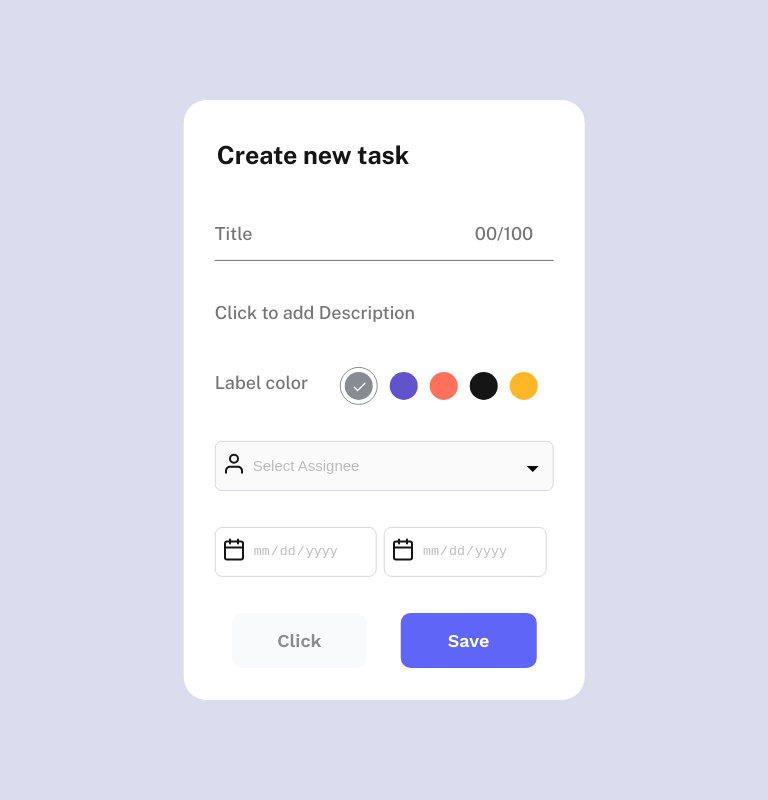
Repository: MorgunovaAlexandra/verstka-form
Page: index.html
The author's editor kept a copy of each file at every save. The page is drawn from the files as they stood at one save, then again after a run of saves.
The browser window is 768 px wide. The pictures show the whole page.
The style sheet was rebuilt from its Sass, Less or Tailwind sources for each picture, by a compiler version that may differ from the author's.

Above is the page before, as saved 2022-06-24 17:14:56.

### index.html
<!DOCTYPE html>
<html lang="ru">
<head>
    <meta charset="UTF-8">
    <meta http-equiv="X-UA-Compatible" content="IE=edge">
    <meta name="viewport" content="width=device-width, initial-scale=1.0">
    <link rel="stylesheet" href="./css/style.css">
    <title>Document</title>
</head>
<body>
    <div class="wrapper">
       <form class="form">

           <div class="fieldset">
            <legend><b>Create new task</b></legend>
            <div class="form__container __container">
            <div class="text-field">
                <input class="text-field__input" type="text" name="firstname" id="firstname" value=""
                >
                <label class="text-field__label" for="username">Title</label>
                <label class="text-field__label2" for="username">00/100</label>
              </div>
              <div class="form-field__text">Click to add Description</div>
              <div class="form-fied__color field-color">
                  <div class="field-color__text">Label color</div>
                  <div class="field-color__color circle">
                      <div class="circle__border">
                          <div class="circle__color grey">
                              <img class="circle__img" src="./img/done.svg">
                          </div>
                      </div>
                      <div class="circle__color purple"></div>
                      <div class="circle__color red"></div>
                      <div class="circle__color black"></div>
                      <div class="circle__color yellow"></div>
                  </div>
              </div>
              <div class="form-field__select">
                  <div class="select__arrow">
                    <select name="select-category" id="" class="select">
                        <option value="1">Select Assignee</option>
                        <option value="2">Select Assignee</option>
                        <option value="3">Select Assignee</option>
                      </select>
                  </div>
              </div>
              <div class="form-field__date">
                  <div class="data-form">
                    <input class="input" type="date"></input>
                  </div>
                  <div class="data-form">
                    <input class="input" type="date"></input>
                  </div>
              </div>
              <div class="form-field__sibmit submit">
                  <input class="submit__click" type="submit" value="Click">
                  <input class="submit__click save-blue" type="submit" value="Save">
              </div>

              <!-- <div class="form-field__date">
                <div class="form-group">
                    <div class="input-group" id="datetimepicker2">
                      <input type="text" class="form-control" />

                    </div>
                  </div>
              </div> -->
              </div>
           </div>
        </form>
    </div>

    <script src="./script.js"></script>
</body>
</html>

### script.js
 document.getElementById ('firstname').onkeydown=keyDown

function keyDown(){
    let str=document.getElementById ('firstname').value;

    console.log(str.length)
    document.querySelector('.text-field__label2').innerHTML=`${str.length}/100`
}

### scss/style.scss
@import "variables";
@import "mixins";
@import url('https://fonts.googleapis.com/css2?family=Public+Sans:wght@500;700&display=swap');
@import url('https://fonts.googleapis.com/css2?family=Work+Sans:wght@600&display=swap');
body {
   background-color: $ColorBody;
   font-family:$fontFamily ;
   font-weight: $fontWaight;
   line-height: $lineHeight;
   font-size: $fontSize;
   color:$ColorGrey;
}
.__container{
    padding-left: 31px;
    padding-right: 31px;
}
.form{
    width: 495.55px;
    height: 613.21px;
    background-color: white;
    border-radius: 23px;
     box-sizing: border-box;
    position: fixed; top: 50%; left: 50%;
    -webkit-transform: translate(-50%, -50%);
    -ms-transform: translate(-50%, -50%);
    transform: translate(-50%, -50%);
}
legend{
    margin-top: 40px;
    margin-left: 31px;
    font-weight: 700;
    font-size: 25px;
    color:$ColorBlack;
}
.text-field{
    position: relative;
    display: flex;
    justify-content: center;
    margin-top: 46px;
    margin-bottom: 36px;

}
.text-field__input{
    width: 100%;
    height: 40px;
    border: none;
    border-bottom: 1px solid $ColorGrey ;
    padding-left: 60px;
    color:#566789;
    font-size: 18px;
 }

.text-field__input:focus + .text-field__label{
  top:-23px;
}
.text-field__label{
   position: absolute;
   left: 0px;


}
.text-field__label2{
    position: absolute;
    right: 20px;
}
.form-field__text{
    margin-bottom: 38px;
}
.form-fied__color{
    display: flex;
    justify-content: flex-start;
    margin-bottom: 36px;
}
.field-color__text{
margin-right: 32px;
}
.field-color__color{
    display: flex;
   align-items: center;
}

.circle__border{
    position: relative;
    width: 36px;
    height: 36px;
    border-radius: 50%;
    border: 1px solid #878C93;
}
.grey{
    position: absolute;
    width: 28px;
    height: 28px;
    top:4px;
    left: 4px;
    border-color: #878C93;
    border-radius: 50%;
    z-index: 30;

    background-color:
    #878C93;
}
.circle__img{
    position: absolute;
    top:10px;
    left: 8px;
}
.circle__color{
    width: 28px;
    height: 28px;
    border-radius: 50%;
    margin-right:12px ;
}
.purple{
    background-color: #6153CC;
    margin-left: 12px;
}
.red{
    background-color:#FF715B;
}
.black{
    background-color:$ColorBlack;
}
.yellow{
    background-color:#FFB627;
    margin-right:0px ;
}
.select{
    appearance: none;
    border: 1px solid #566789;
    opacity: 26%;
    width: 100%;
    height: 50px;
    border-radius: 7px;
    cursor: pointer;
    padding-left: 37px;
    padding-top: 15px;
    padding-bottom: 16px;
    padding-right: 35px;
    font-size: 15px;

}
.select__arrow{
    position: relative;
}
.select__arrow::after{
content: "";
position: absolute;
top:50%;
right: 15px;
transform: translateY(-50%);
display: block;
width: 12px;
height: 6px;

pointer-events: none;

width: 0;
height: 0;
border-style: solid;
border-width: 6px 6px 0 6px;
border-color: #000000 transparent transparent transparent;
border-style: inset;
-webkit-transform:rotate(360deg);


}
.select__arrow::before{
content: "";
position: absolute;
top:20%;
left: 7px;
background: no-repeat url("../img/user.svg");
width: 34px;
height: 30px;
display: block;
z-index: 44;

}
.data-form{
    margin-top: 36px;
    margin-bottom: 36px;
    position: relative;
    width: 100%;
}
.form-field__date{
    display: flex;
    justify-content: space-between;

}
.data-form::before{
    content: "";
    position: absolute;
    top:20%;
    left: 7px;
    background: no-repeat url("../img/calendar.svg");
    width: 34px;
    height: 30px;
    display: block;
    z-index: 44;

}
.input{
    box-sizing: border-box;
    width: 96%;
    height: 50px;
    border: 1px solid #566789;
    opacity: 26%;
    border-radius: 7.86px;
    padding-left:37px ;
}

.input::-webkit-calendar-picker-indicator{
        display: none;
    }

.input[type="date"]::-webkit-input-placeholder{
        visibility: hidden !important;
    }



.submit__click{
   color:$colorBlackGray;
    opacity: 50%;
    font-weight: 600;
    font-size: 18px;
    font-family: 'Work Sans', sans-serif;
    background-color: #F5F7FB;
    }

.form-field__sibmit{
    display: flex;
    justify-content: space-around;
}
.submit__click{
    width: 40%;
    height: 55px;
    border-radius: 10px;
    border: none

}
.save-blue{
    background-color: #5F65F6;
    opacity: 100%;
    color:white;
}



/* media for 768*/
@media(max-width:768px){
    .form{
    width: 400.55px;
    height: 600.21px;
    margin: 0 auto;
    }
}

### scss/variables.scss
$bgColor: green;
$fontFamily:'Public Sans', sans-serif;
$fontWaight:500;
$fontSize:18px;
$lineHeight:31.86px;
$ColorBody:#DBDCEE;
$ColorBlack:#151515;
$ColorGrey:#757575;
$colorBlackGray: #151920

### scss/mixins.scss
@mixin vov($color) {
    font-size: 30px;
    background-color:$color ;
}

After the next 2 saves:
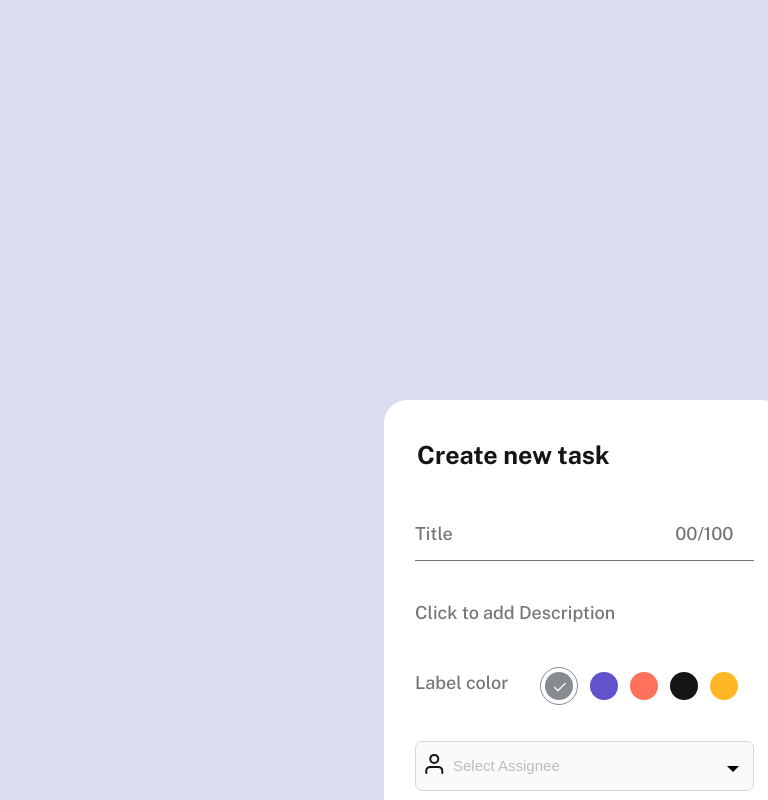
The 2 saves are shown as one change because they came seconds apart.
The last was saved 26 s later.
--- a/scss/style.scss
+++ b/scss/style.scss
@@ -253,5 +253,6 @@
     width: 400.55px;
     height: 600.21px;
     margin: 0 auto;
-    }
-}
+    transform: none;
+    }
+}

After the 2 saves that followed:
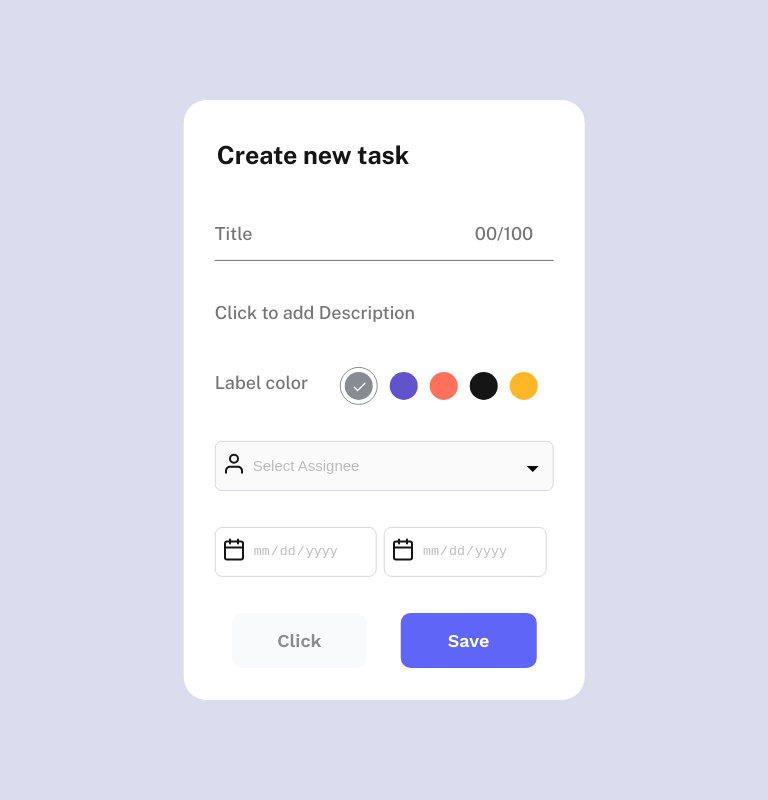
The 2 saves are shown as one change because they came seconds apart.
The last was saved 12 s later.
--- a/scss/style.scss
+++ b/scss/style.scss
@@ -253,6 +253,6 @@
     width: 400.55px;
     height: 600.21px;
     margin: 0 auto;
-    transform: none;
-    }
-}
+    transform: translate(none);
+    }
+}
